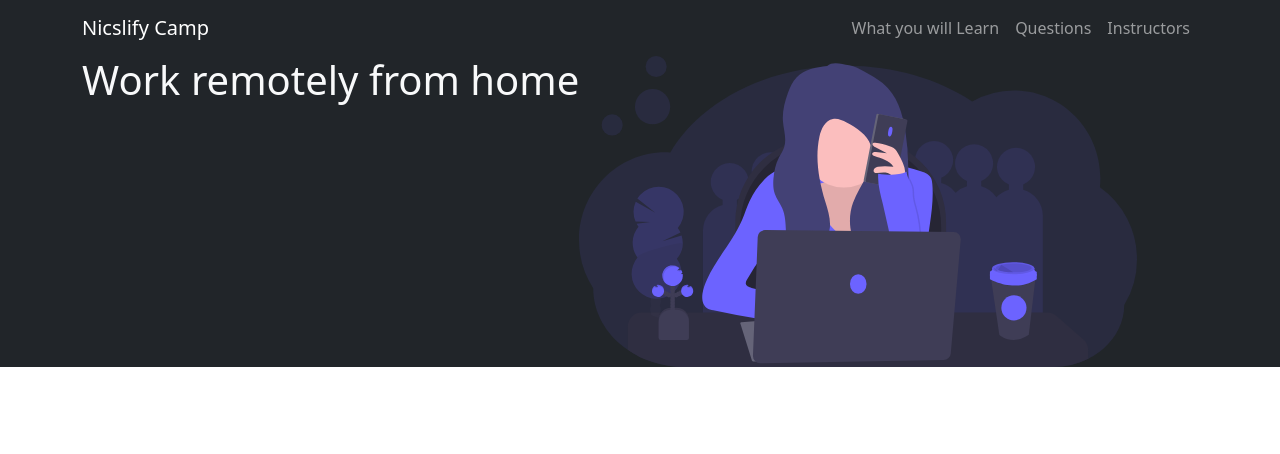
Repository: Eugene44-hub/enrollment-site
Page: index.html
These files come from the project's save history. The page is drawn as it stood at one moment and after a run of saves; the edit follows.
The browser window is 1280 px wide. The pictures show the whole page.

Above is the page before, as saved 2021-10-19 16:23:18.

After the next 3 saves:
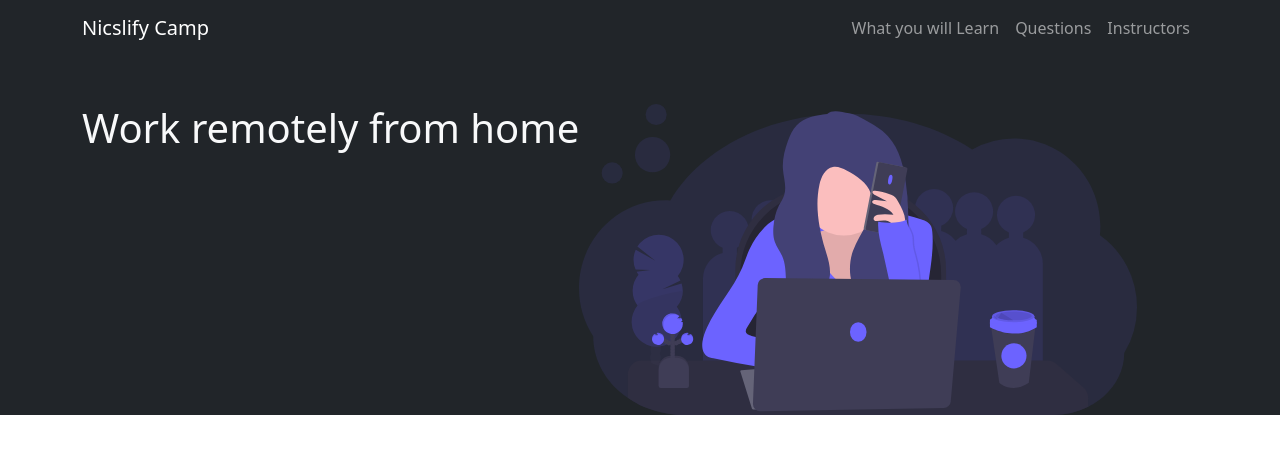
The 3 saves are shown as one change because they came seconds apart.
The last was saved 33 s later.
--- a/index.html
+++ b/index.html
@@ -42,7 +42,7 @@
     <!-- showCase starts -->
     <section class="bg-dark text-light text-center">
         <div class="container">
-            <div class="d-md-flex">
+            <div class="d-md-flex pt-5">
                 <div>
                     <div class="h1">Work remotely from home</div>
                 </div>
